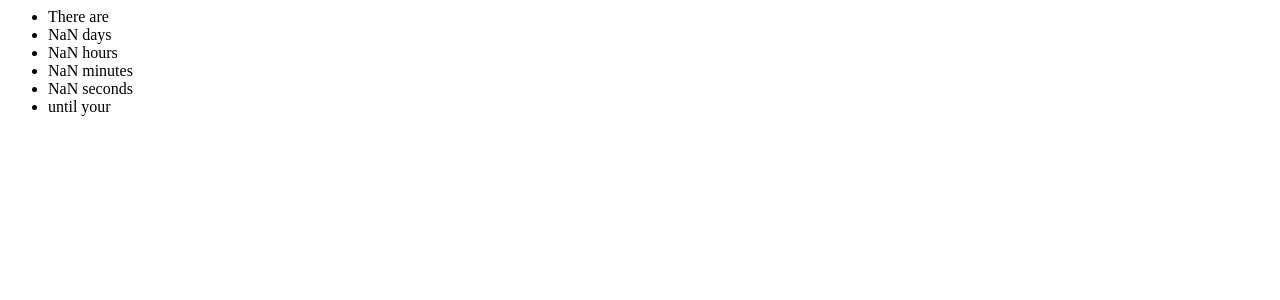
Repository: Tasups/Event-Countdown
Page: test.html
The author's editor kept a record of every edit. The page is drawn from the files as they stood at one moment, then again after the next edit.
The browser window is 1280 px wide. The pictures show the whole page.

Above is the page before.
Console error: TypeError: Cannot read properties of null (reading 'value')

### test.html
<!DOCTYPE html>
<html lang="en">
  <head>
    <meta charset="UTF-8">
    <meta name="viewport" content="width=device-width, initial-scale=1.0">
    <meta http-equiv="X-UA-Compatible" content="ie=edge">
    <title>Name Form</title>
    <link rel="stylesheet" href="style.css">
  </head>

  <body>

    <form>
      <br>
      <label for="name"></label>
      <br>
      <input type="text" id="name" name="name">
      <br><br>
      <label for="date"></label>
      <br>
      <input type="date" id="date" name="date">
      <br><br>
      <button onClick="countdown(); startTimer();">Submit</button>
    </form>

	<script>
	  function countdown () {
	    const newName = document.getElementById("name").value;
	    const newDate = document.getElementById("date").value;

	    const birthday = new Date(newDate);

      //initializing the values of days, hours, minutes, seconds in milliseconds
      const second = 1000;
      const minute = second * 60;
      const hour = minute * 60;
      const day = hour * 24;

      //calculating time left to the event
      const today = new Date();
      const timespan = birthday - today;
      const days = Math.floor(timespan / day);
      const hours = Math.floor((timespan % day) / hour);
      const minutes = Math.floor((timespan % hour) / minute);
      const seconds = Math.floor((timespan % minute) / second);

      //if it is the day of the event
      if (timespan <= 0 && timespan > -day) {
        document.write(
          `
            <div>
    	        <h1>HAPPY ${newName.toUpperCase()}!!!</h1>
	          </div>
          `
          );
        return;
      }

      //write to the document and run continual countdown each second
      document.write(
	      `
	      <div>
	        <ul>
	          <li>There are</li>
	          <li>${days} days</li>
	          <li>${hours} hours</li>
	          <li>${minutes} minutes</li>
	          <li>${seconds} seconds</li>
	          <li>until your ${newName}</li>
	        </ul>
	      </div>
	      `
	      );

	    setTimeout(countdown, 1000);
}

  countdown();


	</script>

  </body>

</html>

### style.css
* {
  margin: 0;
  padding: 0;
}

body {
  background-color: hsla(200, 92%, 54%, 1);
}

.container {
  background-color: white;
  margin: 10rem auto;
  width: 50%;
  padding: 1rem 2rem;
}

#time-left {
  font-family: 'Open Sans', 'Roboto', sans-serif;
}

li {
  font-family: 'Open Sans', 'Roboto', sans-serif;
  list-style-type: none;
  margin: 1rem 0;
  font-weight: bold;
}

After the next edit:
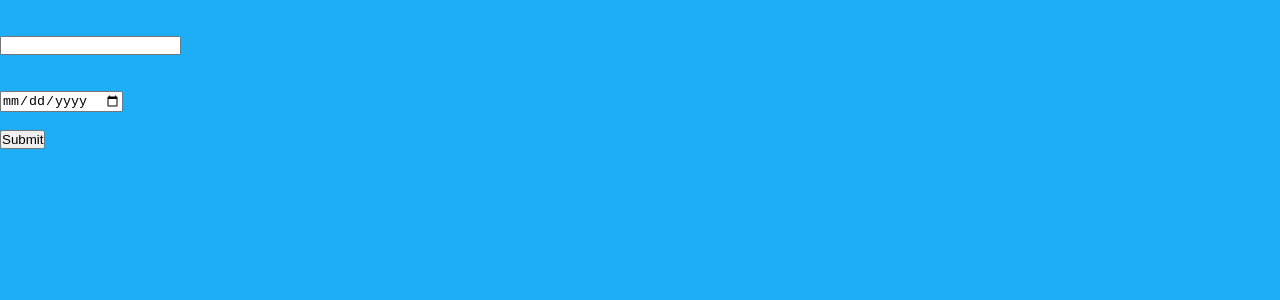
The error is gone.
The edit:
--- a/test.html
+++ b/test.html
@@ -75,9 +75,6 @@
 	    setTimeout(countdown, 1000);
 }
 
-  countdown();
-
-
 	</script>
 
   </body>
